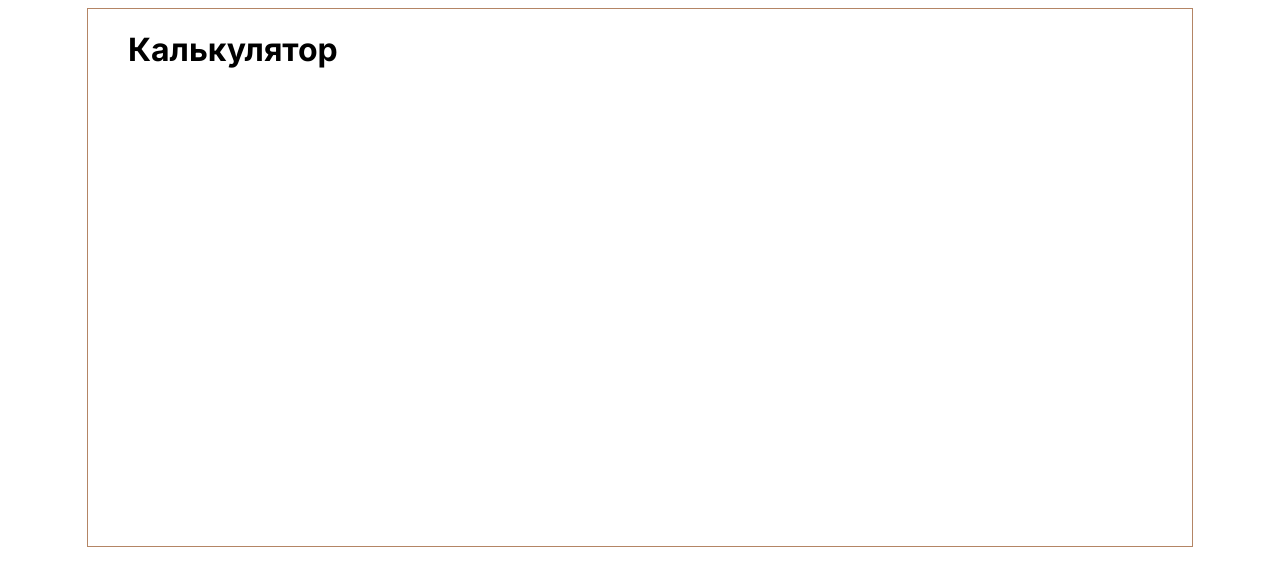
Repository: Kirill2034/Calculator-metal
Page: /
These files come from the project's save history. The page is drawn as it stood at one moment and after the next save; the edit follows.
The browser window is 1280 px wide. The pictures show the whole page.
The project was rebuilt for these pictures with package versions that can differ from the ones it lists, and the page was loaded fresh each time.

Above is the page before, as saved 2021-11-27 15:50:43.

After the next save:
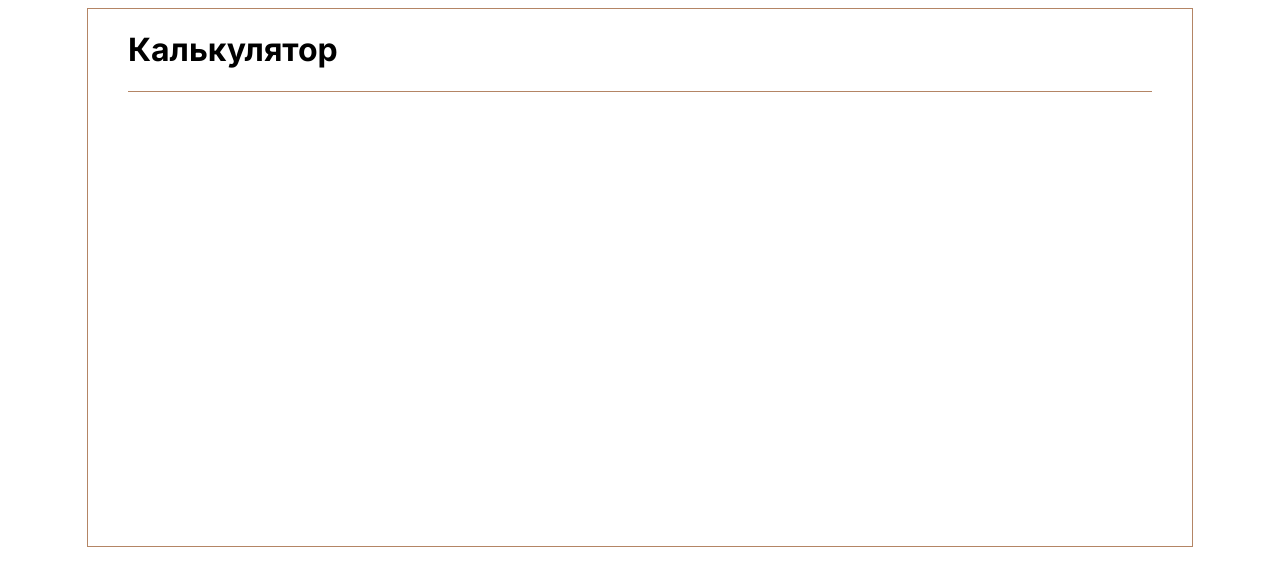
Saved 88 s later.
--- a/src/App.css
+++ b/src/App.css
@@ -1 +1,2 @@
 .App {width: 1024px; height: 537px; border: 1px solid #B48565; margin: 0 auto; font-family: 'Inter', sans-serif; padding: 0 40px;}
+.App .title {border-bottom: 1px solid #B48565;}
